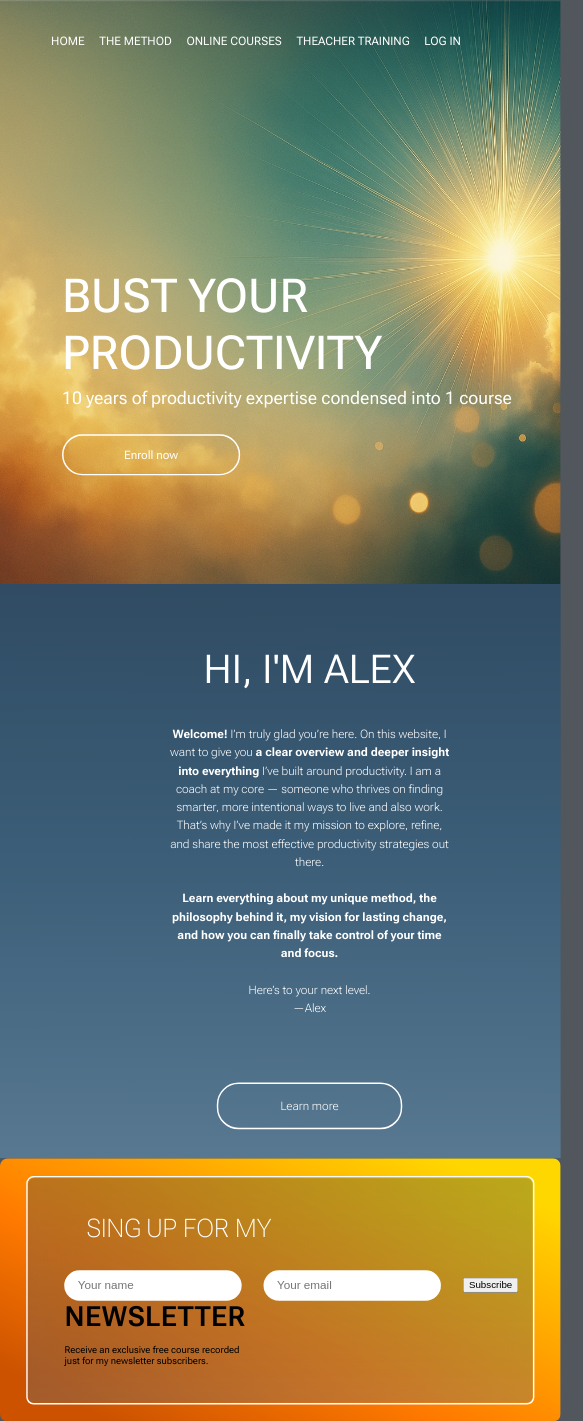
Repository: Parnicoza/testecomplete
Page: Productivity.copie.html
An editor plug-in stored every save of this project. The page is shown before and after the next save, followed by the edit.
The browser window is 768 px wide. The page is 798 px wide, so the pictures cover 798 px, including what lies to the right of the window. The pictures show the whole page, at 73% of full size.

Above is the page before, as saved 2025-05-29 12:54:16.

After the next save:
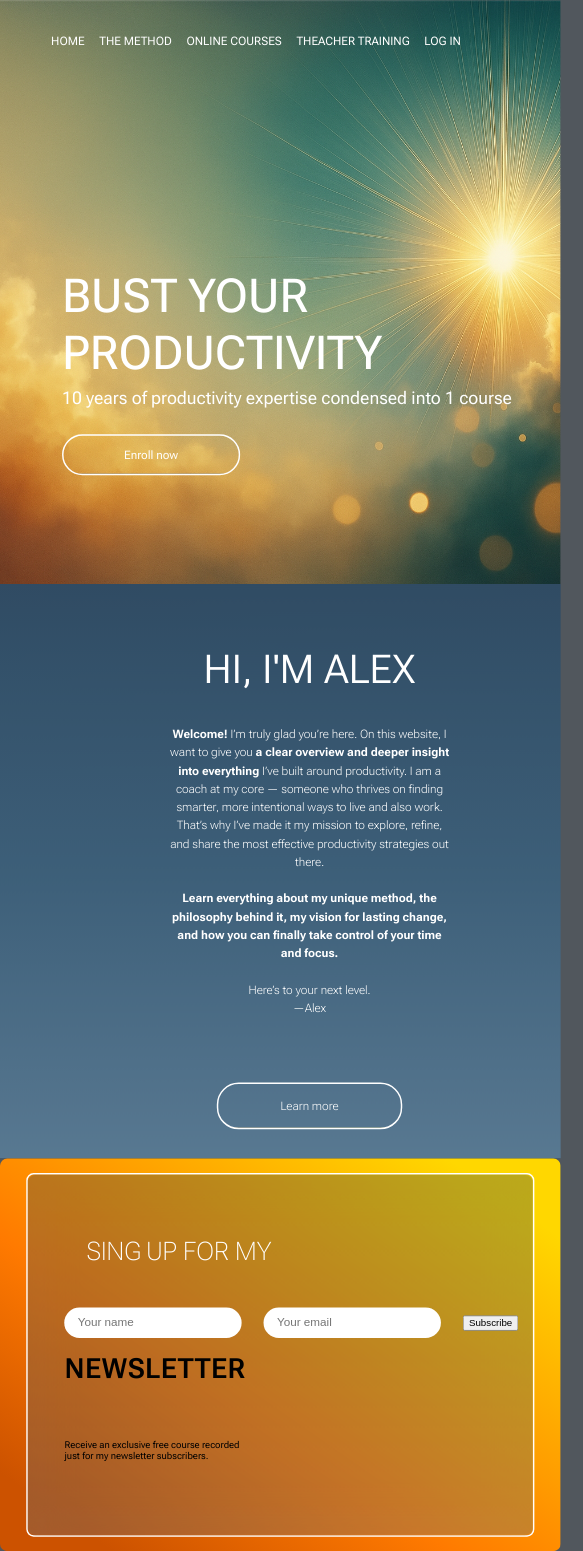
Saved 58 s later.
--- a/peoductivitate.css
+++ b/peoductivitate.css
@@ -206,6 +206,24 @@ nav{
     margin: 50px;
     position: relative;
     z-index: 2;
+    display: flex;
+    align-items: center;
+    gap: 40px;
+}
+/* keep paragraph and form widths responsive */
+.singup{
+    flex: 1 1 50%;
+}
+.newsletter-form-row{
+    flex: 0 0 auto;
+}
+
+@media (max-width: 800px){
+    .text{
+        flex-direction: column;
+        align-items: flex-start;
+        gap: 20px;
+    }
 }
 .newsletter-overlay{
     position: absolute;
